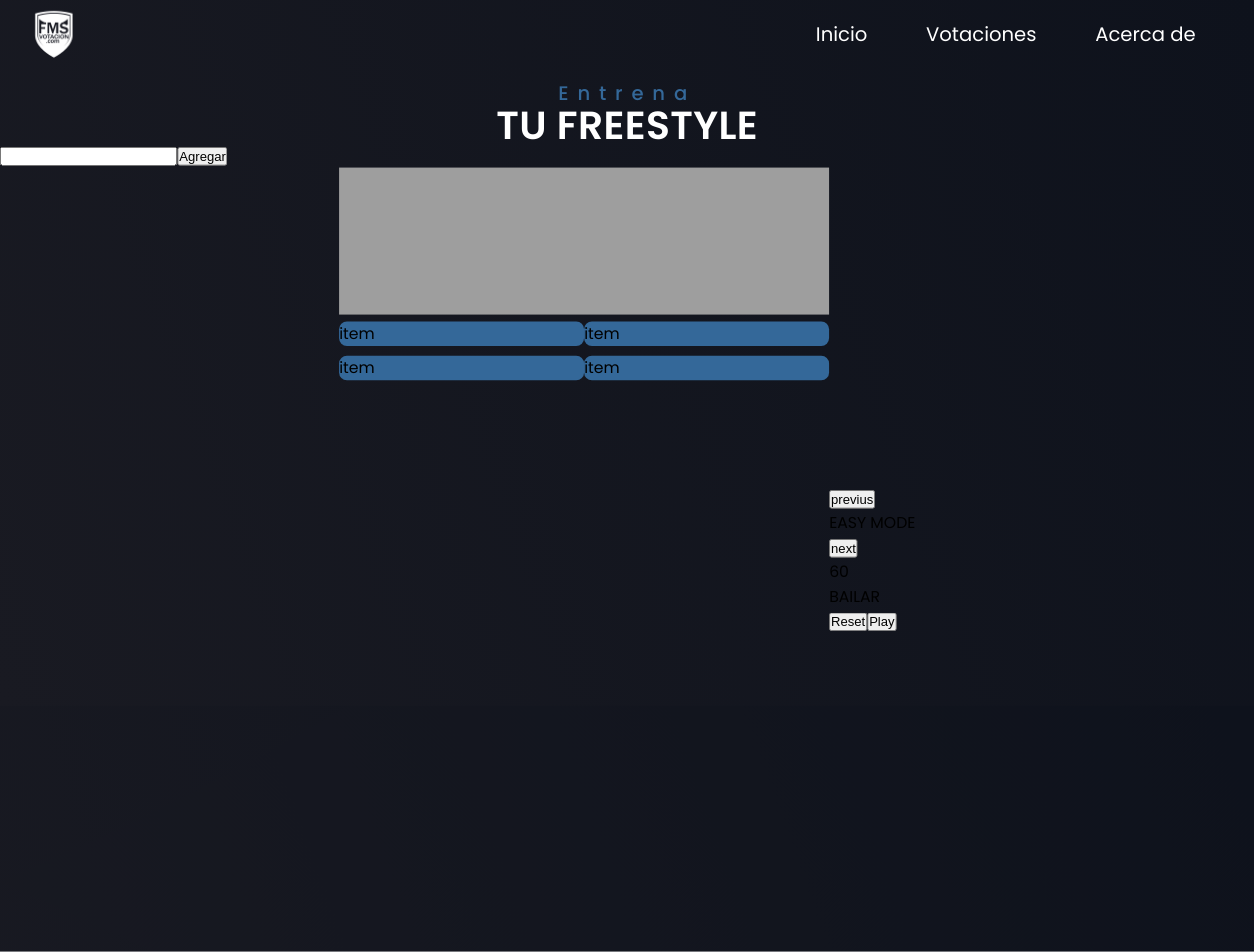
Repository: ezegonzalez912/fmsvotacion2
Page: /practice
The author's editor kept a copy of each file at every save. The page is drawn from the files as they stood at one save, then again after a run of saves.
The browser window is 1280 px wide. The pictures show the whole page, at 98% of full size.
Pictures or frames that could not be fetched are drawn as grey boxes. The page's requests for data from a server got no answer. The project was rebuilt for these pictures with package versions that can differ from the ones it lists, and the page was loaded fresh each time. No one was signed in, and anything a server would have sent is missing. Also part of the build but not shown: src/components/screens/AboutScreen.js, src/components/Error.js, src/components/Apoya.js, src/components/screens/MainScreen.js, src/components/Contexts/CompContext.js, src/helpers/valueCheck.js, src/helpers/valueCheck2.js, src/hooks/useVote.js and 42 more.

Above is the page before, as saved 2021-08-15 00:49:14.

After the next 2 saves:
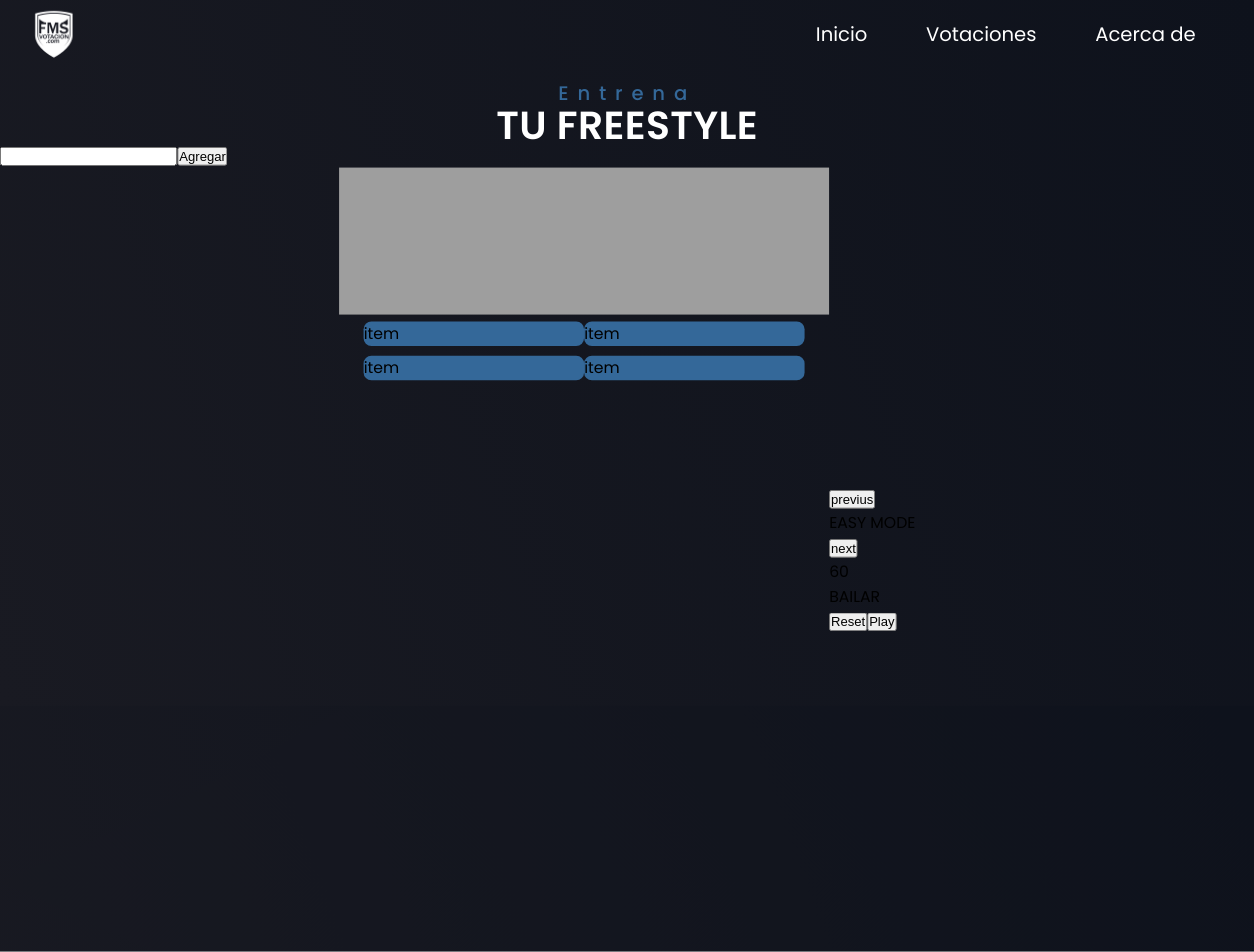
The 2 saves are shown as one change because they came seconds apart.
The last was saved 8 s later.
--- a/src/styles/components/_practice.scss
+++ b/src/styles/components/_practice.scss
@@ -23,5 +23,5 @@
 .video-list-item{
     background: c.$primary;
     border-radius: 8px;
-    width: 50%;
+    width: 45%;
 }
